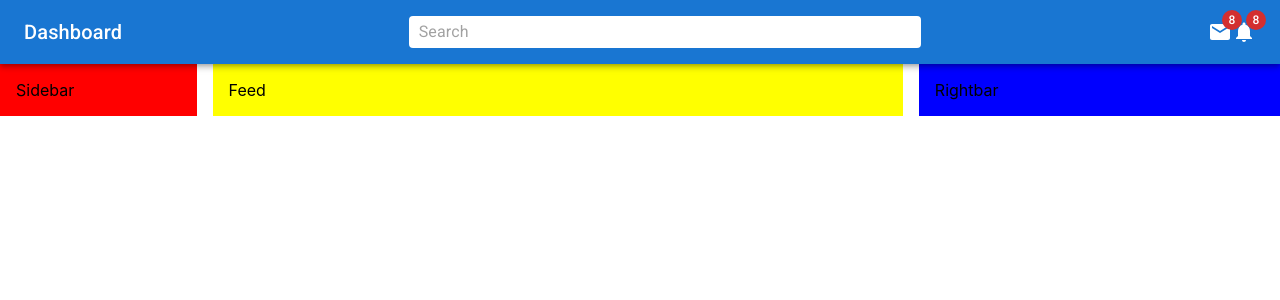
Repository: abubaker-cs/mui5_dashboard
Page: /
An editor plug-in stored every save of this project. The page is shown before and after the next save, followed by the edit.
The browser window is 1280 px wide. The pictures show the whole page.
The project was rebuilt for these pictures with package versions that can differ from the ones it lists, and the page was loaded fresh each time. Also part of the build but not shown: src/App.css.

Above is the page before, as saved 2022-07-17 06:18:47.

### public/index.html
<!DOCTYPE html>
<html lang="en">
  <head>
    <meta charset="utf-8" />
    <link rel="icon" href="%PUBLIC_URL%/favicon.ico" />
    <meta name="viewport" content="width=device-width, initial-scale=1" />
    <meta name="theme-color" content="#000000" />
    <meta
      name="description"
      content="Web site created using create-react-app"
    />
    <link rel="apple-touch-icon" href="%PUBLIC_URL%/logo192.png" />

    <link rel="manifest" href="%PUBLIC_URL%/manifest.json" />
    <link
      rel="stylesheet"
      href="https://fonts.googleapis.com/css?family=Roboto:300,400,500,700&display=swap"
    />
    <link
      rel="stylesheet"
      href="https://fonts.googleapis.com/icon?family=Material+Icons"
    />

    <title>React App</title>
  </head>
  <body>
    <noscript>You need to enable JavaScript to run this app.</noscript>
    <div id="root"></div>
  </body>
</html>

### src/App.js
import "./App.css";
import Sidebar from "./components/Sidebar";
import Feed from "./components/Feed";
import Rightbar from "./components/Rightbar";
import { Box, Stack } from "@mui/material";
import Navbar from "./components/Navbar";

function App() {
  return (
    <Box>
      <Navbar />
      <Stack direction="row" spacing={2} justifyContent="space-evenly">
        <Sidebar />
        <Feed />
        <Rightbar />
      </Stack>
    </Box>
  );
}

export default App;

### src/components/Sidebar.jsx
import { Box } from "@mui/material";
import React from "react";

const Sidebar = () => {
  return (
    <Box
      bgcolor="red"
      flex={1}
      p={2}
      sx={{ display: { xs: "none", sm: "block" } }}
    >
      Sidebar
    </Box>
  );
};

export default Sidebar;

### src/components/Feed.jsx
import { Box } from "@mui/material";
import React from "react";

const Feed = () => {
  return (
    <Box bgcolor="yellow" flex={4} p={2}>
      Feed
    </Box>
  );
};

export default Feed;

### src/components/Rightbar.jsx
import { Box } from "@mui/material";
import React from "react";

const Rightbar = () => {
  return (
    <Box
      bgcolor="blue"
      flex={2}
      p={2}
      sx={{ display: { xs: "none", sm: "block" } }}
    >
      Rightbar
    </Box>
  );
};

export default Rightbar;

### src/components/Navbar.jsx
import { Dashboard, Mail, Notifications } from "@mui/icons-material";
import {
  AppBar,
  Toolbar,
  styled,
  Typography,
  Box,
  InputBase,
  Badge,
} from "@mui/material";
import React from "react";

// Base styles for custom Toolbar wrapper | flex justify = space-between
const StyledToolbar = styled(Toolbar)({
  display: "flex",
  justifyContent: "space-between",
});

//
const Search = styled("div")(({ theme }) => ({
  backgroundColor: "white",
  padding: "0 10px",
  borderRadius: theme.shape.borderRadius,
  width: "40%",
}));

const Icons = styled(Box)(({ theme }) => ({}));

const Navbar = () => {
  return (
    <AppBar position="sticky">
      <StyledToolbar>
        <Typography
          variant="h6"
          sx={{
            display: {
              xs: "none",
              sm: "block",
            },
          }}
        >
          Dashboard
        </Typography>
        <Dashboard
          sx={{
            display: {
              xs: "block",
              sm: "none",
            },
          }}
        />
        <Search>
          <InputBase placeholder="Search" />
        </Search>
        <Icons>
          <Badge badgeContent={8} color="error">
            <Mail />
          </Badge>
          <Badge badgeContent={8} color="error">
            <Notifications />
          </Badge>
        </Icons>
      </StyledToolbar>
    </AppBar>
  );
};

export default Navbar;

Loaded but not shown: src/index.js (common file); src/index.css (common file)

After the next save:
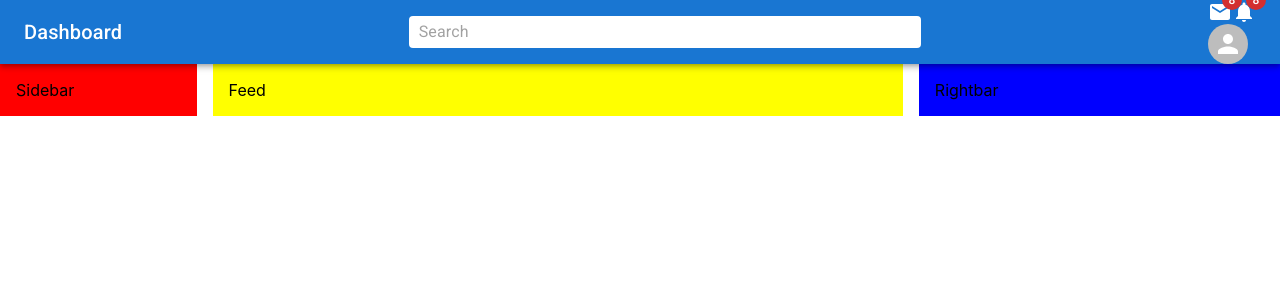
Saved 32 s later.
--- a/src/components/Navbar.jsx
+++ b/src/components/Navbar.jsx
@@ -7,6 +7,7 @@ import {
   Box,
   InputBase,
   Badge,
+  Avatar,
 } from "@mui/material";
 import React from "react";
 
@@ -59,6 +60,7 @@ const Navbar = () => {
           <Badge badgeContent={8} color="error">
             <Notifications />
           </Badge>
+          <Avatar />
         </Icons>
       </StyledToolbar>
     </AppBar>
